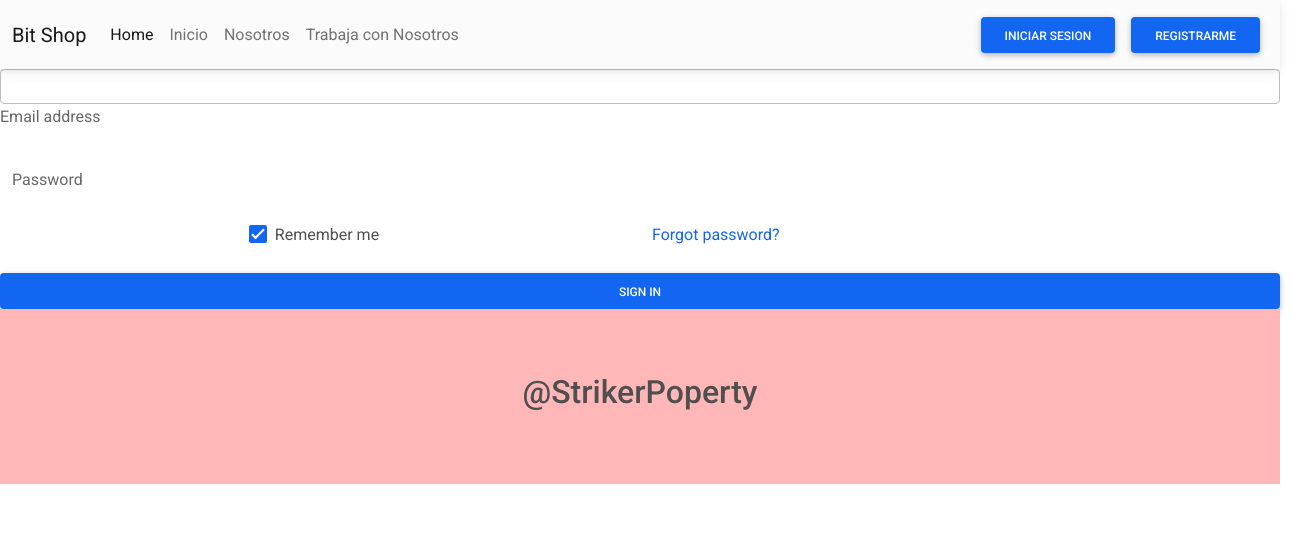
Repository: TzStrikerYT/myClassRoom
Page: /login (app in bit-shop-front/)
The author's editor kept a copy of each file at every save. The page is drawn from the files as they stood at one save, then again after the next save.
The browser window is 1280 px wide. The page is 1292 px wide, so the pictures cover 1292 px, including what lies to the right of the window. The pictures show the whole page.
The project was rebuilt for these pictures with package versions that can differ from the ones it lists, and the page was loaded fresh each time. Also part of the build but not shown: bit-shop-front/angular.json, bit-shop-front/src/app/components/home/home.component.ts, bit-shop-front/src/app/components/not-found/not-found.component.ts.

Above is the page before, as saved 2022-02-23 18:51:23.

### bit-shop-front/src/index.html
<!DOCTYPE html>
<html lang="en">
  <head>
    <meta charset="utf-8" />
    <title>BitShopFront</title>
    <base href="/" />
    <meta name="viewport" content="width=device-width, initial-scale=1" />
    <link rel="icon" type="image/x-icon" href="favicon.ico" />

    <!-- Font Awesome -->
    <link
      href="https://cdnjs.cloudflare.com/ajax/libs/font-awesome/5.15.1/css/all.min.css"
      rel="stylesheet"
    />
    <!-- Google Fonts -->
    <link
      href="https://fonts.googleapis.com/css?family=Roboto:300,400,500,700&display=swap"
      rel="stylesheet"
    />
    <!-- MDB -->
    <link
      href="https://cdnjs.cloudflare.com/ajax/libs/mdb-ui-kit/3.10.2/mdb.min.css"
      rel="stylesheet"
    />
  </head>
  <body>
    <app-root></app-root>

    <!-- MDB -->
    <script
      type="text/javascript"
      src="https://cdnjs.cloudflare.com/ajax/libs/mdb-ui-kit/3.10.2/mdb.min.js"
    ></script>
  </body>
</html>

### bit-shop-front/src/styles.css
/* You can add global styles to this file, and also import other style files */
.bg-pink {
    background: #ffb7b7;
}

.bg-yellow {
    background: #ffd665;
}

.card-size {
    width: 12rem;
}

### bit-shop-front/src/app/app.module.ts
import { NgModule } from '@angular/core';
import { BrowserModule } from '@angular/platform-browser';

import { AppRoutingModule } from './app-routing.module';
import { AppComponent } from './app.component';
import { LoginComponent } from './components/login/login.component';
import { HomeComponent } from './components/home/home.component';
import { NotFoundComponent } from './components/not-found/not-found.component';
import { FooterComponent } from './components/footer/footer.component';
import { BrowserAnimationsModule } from '@angular/platform-browser/animations';

@NgModule({
  declarations: [
    AppComponent,
    LoginComponent,
    HomeComponent,
    NotFoundComponent,
    FooterComponent,
  ],
  imports: [
    BrowserModule,
    AppRoutingModule,
  ],
  providers: [],
  bootstrap: [AppComponent]
})
export class AppModule { }

### bit-shop-front/src/app/app-routing.module.ts
import { NgModule } from '@angular/core';
import { RouterModule, Routes } from '@angular/router';
import { HomeComponent } from './components/home/home.component';
import { LoginComponent } from './components/login/login.component';
import { NotFoundComponent } from './components/not-found/not-found.component';

// enrutamiento de componentes
const routes: Routes = [
  { path: 'login', component: LoginComponent},
  { path: 'home', component: HomeComponent},
  { path: '', redirectTo: '/home', pathMatch: 'full' },
  { path: '**', component: NotFoundComponent}
];

@NgModule({
  imports: [RouterModule.forRoot(routes)],
  exports: [RouterModule],
})
export class AppRoutingModule {}

### bit-shop-front/src/app/app.component.ts
import { Component, OnInit } from '@angular/core';

@Component({
  selector: 'app-root',
  templateUrl: './app.component.html',
  styleUrls: ['./app.component.css']
})
export class AppComponent {
  title = 'bit-shop-front';
  token = false
}

### bit-shop-front/src/app/components/login/login.component.ts
import { Component, OnInit } from '@angular/core';

@Component({
  selector: 'app-login',
  templateUrl: './login.component.html',
  styleUrls: ['./login.component.css']
})
export class LoginComponent implements OnInit {

  constructor() { }

  ngOnInit(): void {

  }
}

### bit-shop-front/src/app/app.component.html
<!-- Nav Bar -->
<nav class="navbar navbar-expand-lg navbar-light bg-light">
  <div class="container-fluid">
    <a class="navbar-brand" href="#">Bit Shop</a>
    <button
      class="navbar-toggler"
      type="button"
      data-mdb-toggle="collapse"
      data-mdb-target="#navbarNavAltMarkup"
      aria-controls="navbarNavAltMarkup"
      aria-expanded="false"
      aria-label="Toggle navigation"
    >
      <i class="fas fa-bars"></i>
    </button>
    <div class="collapse navbar-collapse" id="navbarNavAltMarkup">
      <div class="navbar-nav">
        <a class="nav-link active" aria-current="page" href="#">Home</a>
        <a class="nav-link" href="#">Inicio</a>
        <a class="nav-link" href="#">Nosotros</a>
        <a class="nav-link" href="#">Trabaja con Nosotros</a>
      </div>

      <div class="navbar-nav ms-auto" *ngIf="!token; else elseTag">
        <a class="m-2 btn btn-primary" href="#">Iniciar Sesion</a>
        <a class="m-2 btn btn-primary" href="#">Registrarme</a>
      </div>

      <ng-template #elseTag>
        <div class="navbar-nav ms-auto">
          <a class="m-2 btn btn-primary" href="#">Usuario</a>

        </div>
      </ng-template>
    </div>
  </div>
</nav>
<router-outlet></router-outlet>
<app-footer></app-footer>

### bit-shop-front/src/app/components/login/login.component.html
<form>
    <!-- Email input -->
    <div class="mb-4">
      <input type="email" id="form1Example1" class="form-control" />
      <label class="form-label" for="form1Example1">Email address</label>
    </div>

    <!-- Password input -->
    <div class="form-outline mb-4">
      <input type="password" id="form1Example2" class="form-control" />
      <label class="form-label" for="form1Example2">Password</label>
    </div>

    <!-- 2 column grid layout for inline styling -->
    <div class="row mb-4">
      <div class="col d-flex justify-content-center">
        <!-- Checkbox -->
        <div class="form-check">
          <input class="form-check-input" type="checkbox" value="" id="form1Example3" checked />
          <label class="form-check-label" for="form1Example3"> Remember me </label>
        </div>
      </div>

      <div class="col">
        <!-- Simple link -->
        <a href="#!">Forgot password?</a>
      </div>
    </div>

    <!-- Submit button -->
    <button type="submit" class="btn btn-primary btn-block">Sign in</button>
  </form>

### bit-shop-front/src/app/components/footer/footer.component.html
<div class="bg-pink p-5">
    <h2 class="p-3 text-center">@StrikerPoperty</h2>
</div>

Loaded but not shown: bit-shop-front/src/main.ts (common file); bit-shop-front/src/environments/environment.ts (common file); bit-shop-front/src/app/components/footer/footer.component.ts (common file); bit-shop-front/src/app/components/footer/footer.component.css (no stored copy; drawn as an empty file); bit-shop-front/src/app/components/login/login.component.css (no stored copy; drawn as an empty file); bit-shop-front/src/app/app.component.css (no stored copy; drawn as an empty file)

After the next save:
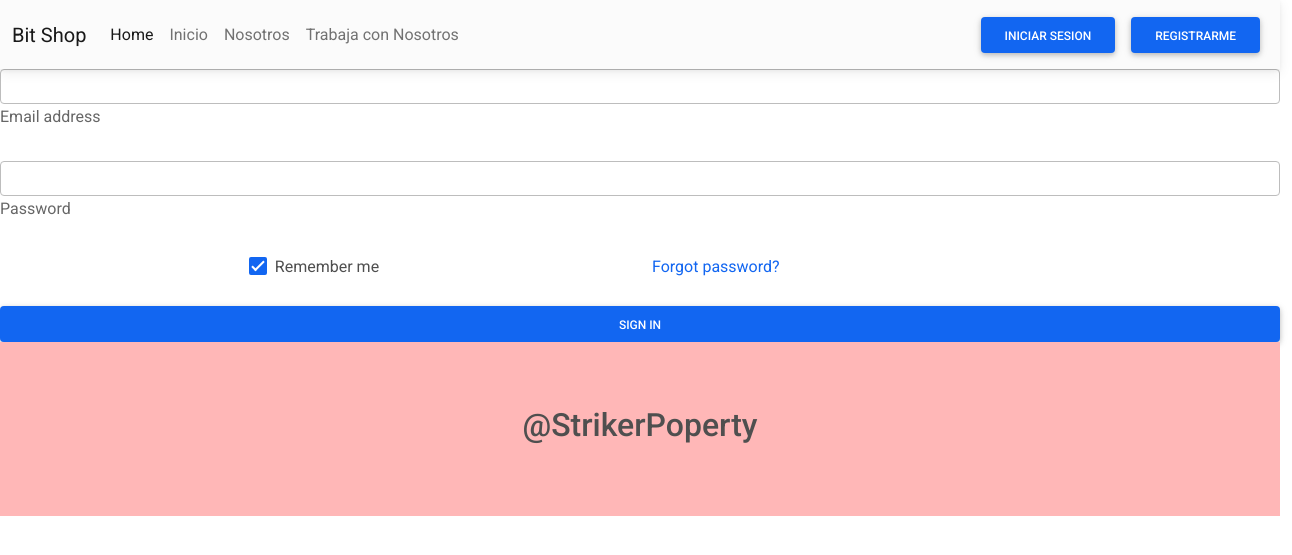
Saved 10 s later.
--- a/bit-shop-front/src/app/components/login/login.component.html
+++ b/bit-shop-front/src/app/components/login/login.component.html
@@ -6,7 +6,7 @@
     </div>
 
     <!-- Password input -->
-    <div class="form-outline mb-4">
+    <div class="mb-4">
       <input type="password" id="form1Example2" class="form-control" />
       <label class="form-label" for="form1Example2">Password</label>
     </div>
